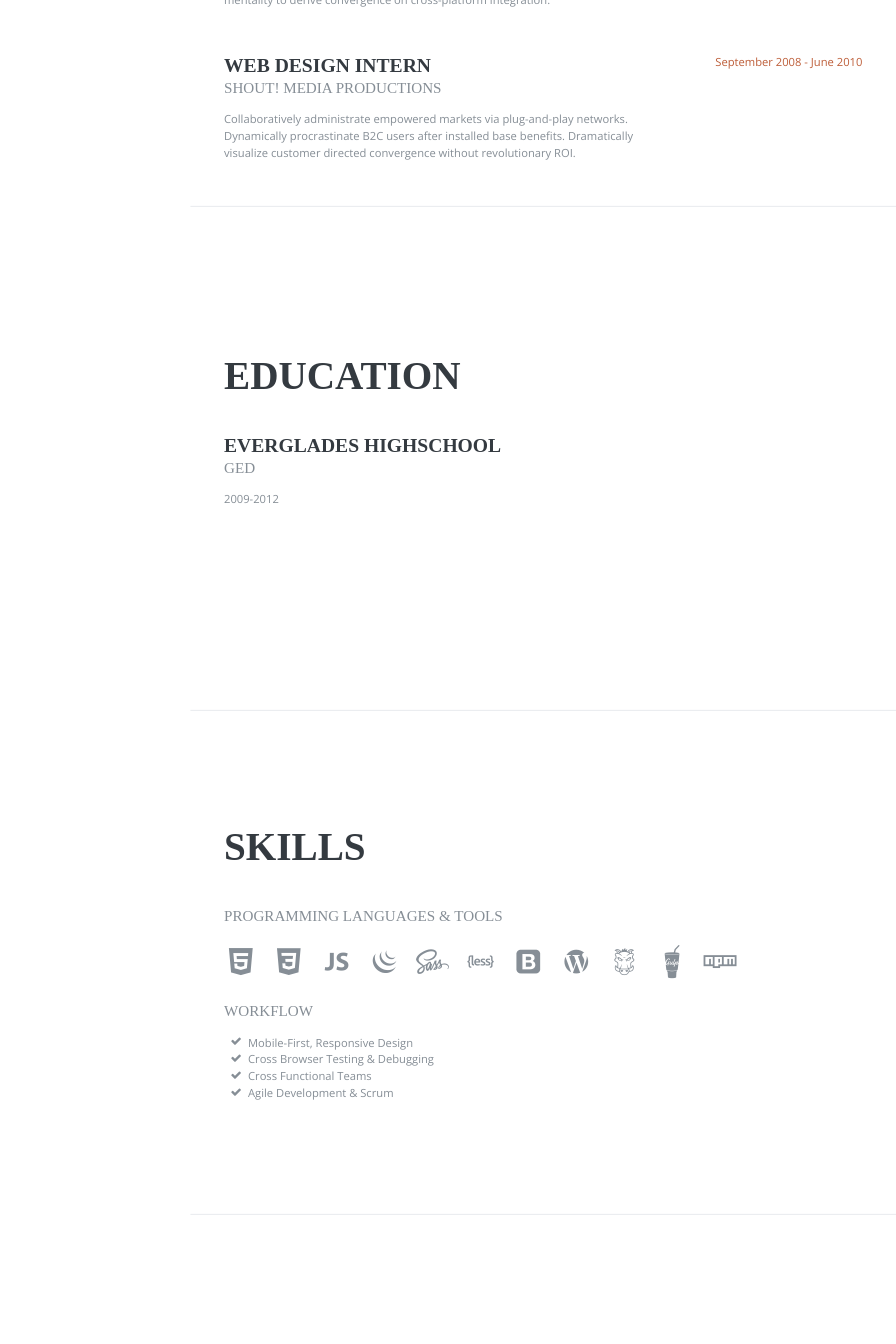
Repository: Juliolikescoding/Portfolio
Page: index.html
These files come from the project's save history. The page is drawn as it stood at one moment and after the next save; the edit follows.
The browser window is 1280 px wide. The pictures show the part of the page from y = 1533 to 3453 px (the page is 4708 px tall), at 70% of full size.
Some web fonts or font styles are not loaded; a fallback is used.

Above is the page before, as saved 2018-05-16 11:37:24.

### index.html
<!DOCTYPE html>
<html lang="en">

  <head>

    <meta charset="utf-8">
    <meta name="viewport" content="width=device-width, initial-scale=1, shrink-to-fit=no">
    <meta name="description" content="">
    <meta name="author" content="">

    <title>Portfolio</title>

    <!-- Bootstrap core CSS -->
    <link href="vendor/bootstrap/css/bootstrap.min.css" rel="stylesheet">

    <!-- Custom fonts for this template -->
    <link href="https://fonts.googleapis.com/css?family=Saira+Extra+Condensed:100,200,300,400,500,600,700,800,900" rel="stylesheet">
    <link href="https://fonts.googleapis.com/css?family=Open+Sans:300,300i,400,400i,600,600i,700,700i,800,800i" rel="stylesheet">
    <link href="vendor/font-awesome/css/font-awesome.min.css" rel="stylesheet">
    <link href="vendor/devicons/css/devicons.min.css" rel="stylesheet">
    <link href="vendor/simple-line-icons/css/simple-line-icons.css" rel="stylesheet">

    <!-- Custom styles for this template -->
    <link href="css/resume.min.css" rel="stylesheet">

  </head>

  <body id="page-top">

    <nav class="navbar navbar-expand-lg navbar-dark bg-primary fixed-top" id="sideNav">
      <a class="navbar-brand js-scroll-trigger" href="#page-top">
        <span class="d-block d-lg-none">Start Bootstrap</span>
        <span class="d-none d-lg-block">
          <img class="img-fluid img-profile rounded-circle mx-auto mb-2" src="img/profile.PNG" alt="">
        </span>
      </a>
      <button class="navbar-toggler" type="button" data-toggle="collapse" data-target="#navbarSupportedContent" aria-controls="navbarSupportedContent" aria-expanded="false" aria-label="Toggle navigation">
        <span class="navbar-toggler-icon"></span>
      </button>
      <div class="collapse navbar-collapse" id="navbarSupportedContent">
        <ul class="navbar-nav">
          <li class="nav-item">
            <a class="nav-link js-scroll-trigger" href="#about">About</a>
          </li>
          <li class="nav-item">
            <a class="nav-link js-scroll-trigger" href="#experience">Experience</a>
          </li>
          <li class="nav-item">
            <a class="nav-link js-scroll-trigger" href="#education">Education</a>
          </li>
          <li class="nav-item">
            <a class="nav-link js-scroll-trigger" href="#skills">Skills</a>
          </li>
          <li class="nav-item">
            <a class="nav-link js-scroll-trigger" href="#interests">Interests</a>
          </li>
          <li class="nav-item">
            <a class="nav-link js-scroll-trigger" href="#awards">Awards</a>
          </li>
        </ul>
      </div>
    </nav>

    <div class="container-fluid p-0">

      <section class="resume-section p-3 p-lg-5 d-flex d-column" id="about">
        <div class="my-auto">
          <h1 class="mb-0">Julio
            <span class="text-primary">Alfaro</span>
          </h1>
          <div class="subheading mb-5">3542 Berry Street · Cheyenne Wells, CO 80810 · (786) 537-4562 ·
            <a href="mailto:jalfaro@techlaunch.io">jalfaro2394@techlaunch.io</a>
          </div>
          <p class="mb-5">I am experienced in leveraging agile frameworks to provide a robust synopsis for high level overviews. Iterative approaches to corporate strategy foster collaborative thinking to further the overall value proposition.</p>
          <ul class="list-inline list-social-icons mb-0">
            <li class="list-inline-item">
              <a href="https://www.facebook.com">
                <span class="fa-stack fa-lg">
                  <i class="fa fa-circle fa-stack-2x"></i>
                  <i class="fa fa-facebook fa-stack-1x fa-inverse"></i>
                </span>
              </a>
            </li>
            <li class="list-inline-item">
              <a href="https://twitter.com">
                <span class="fa-stack fa-lg">
                  <i class="fa fa-circle fa-stack-2x"></i>
                  <i class="fa fa-twitter fa-stack-1x fa-inverse"></i>
                </span>
              </a>
            </li>
            <li class="list-inline-item">
              <a href="./img/profile.PNG">
                <span class="fa-stack fa-lg">
                  <i class="fa fa-circle fa-stack-2x"></i>
                  <i class="fa fa-linkedin fa-stack-1x fa-inverse"></i>
                </span>
              </a>
            </li>
            <li class="list-inline-item">
              <a href="#">
                <span class="fa-stack fa-lg">
                  <i class="fa fa-circle fa-stack-2x"></i>
                  <i class="fa fa-github fa-stack-1x fa-inverse"></i>
                </span>
              </a>
            </li>
          </ul>
        </div>
      </section>

      <section class="resume-section p-3 p-lg-5 d-flex flex-column" id="experience">
        <div class="my-auto">
          <h2 class="mb-5">Experience</h2>

          <div class="resume-item d-flex flex-column flex-md-row mb-5">
            <div class="resume-content mr-auto">
              <h3 class="mb-0">Senior Web Developer</h3>
              <div class="subheading mb-3">Intelitec Solutions</div>
              <p>Bring to the table win-win survival strategies to ensure proactive domination. At the end of the day, going forward, a new normal that has evolved from generation X is on the runway heading towards a streamlined cloud solution. User generated content in real-time will have multiple touchpoints for offshoring.</p>
            </div>
            <div class="resume-date text-md-right">
              <span class="text-primary">March 2013 - Present</span>
            </div>
          </div>

          <div class="resume-item d-flex flex-column flex-md-row mb-5">
            <div class="resume-content mr-auto">
              <h3 class="mb-0">Web Developer</h3>
              <div class="subheading mb-3">Intelitec Solutions</div>
              <p>Capitalize on low hanging fruit to identify a ballpark value added activity to beta test. Override the digital divide with additional clickthroughs from DevOps. Nanotechnology immersion along the information highway will close the loop on focusing solely on the bottom line.</p>
            </div>
            <div class="resume-date text-md-right">
              <span class="text-primary">December 2011 - March 2013</span>
            </div>
          </div>

          <div class="resume-item d-flex flex-column flex-md-row mb-5">
            <div class="resume-content mr-auto">
              <h3 class="mb-0">Junior Web Designer</h3>
              <div class="subheading mb-3">Shout! Media Productions</div>
              <p>Podcasting operational change management inside of workflows to establish a framework. Taking seamless key performance indicators offline to maximise the long tail. Keeping your eye on the ball while performing a deep dive on the start-up mentality to derive convergence on cross-platform integration.</p>
            </div>
            <div class="resume-date text-md-right">
              <span class="text-primary">July 2010 - December 2011</span>
            </div>
          </div>

          <div class="resume-item d-flex flex-column flex-md-row">
            <div class="resume-content mr-auto">
              <h3 class="mb-0">Web Design Intern</h3>
              <div class="subheading mb-3">Shout! Media Productions</div>
              <p>Collaboratively administrate empowered markets via plug-and-play networks. Dynamically procrastinate B2C users after installed base benefits. Dramatically visualize customer directed convergence without revolutionary ROI.</p>
            </div>
            <div class="resume-date text-md-right">
              <span class="text-primary">September 2008 - June 2010</span>
            </div>
          </div>

        </div>

      </section>

      <section class="resume-section p-3 p-lg-5 d-flex flex-column" id="education">
        <div class="my-auto">
          <h2 class="mb-5">Education</h2>

          <div class="resume-item d-flex flex-column flex-md-row mb-5">
            <div class="resume-content mr-auto">
              <h3 class="mb-0">Everglades Highschool</h3>
              <div class="subheading mb-3">GED</div>
              <div></div>
              <p>2009-2012</p>
            </div>
            <div class="resume-date text-md-right">
              <span class="text-primary"></span>
            </div>
          </div>

          <div class="resume-item d-flex flex-column flex-md-row">
            <div class="resume-content mr-auto">
              <h3 class="mb-0"></h3>
              <div class="subheading mb-3"></div>
              <!-- <p>gpa</p> -->
            </div>
            <div class="resume-date text-md-right">
              <span class="text-primary"></span>
            </div>
          </div>

        </div>
      </section>

      <section class="resume-section p-3 p-lg-5 d-flex flex-column" id="skills">
        <div class="my-auto">
          <h2 class="mb-5">Skills</h2>

          <div class="subheading mb-3">Programming Languages &amp; Tools</div>
          <ul class="list-inline list-icons">
            <li class="list-inline-item">
              <i class="devicons devicons-html5"></i>
            </li>
            <li class="list-inline-item">
              <i class="devicons devicons-css3"></i>
            </li>
            <li class="list-inline-item">
              <i class="devicons devicons-javascript"></i>
            </li>
            <li class="list-inline-item">
              <i class="devicons devicons-jquery"></i>
            </li>
            <li class="list-inline-item">
              <i class="devicons devicons-sass"></i>
            </li>
            <li class="list-inline-item">
              <i class="devicons devicons-less"></i>
            </li>
            <li class="list-inline-item">
              <i class="devicons devicons-bootstrap"></i>
            </li>
            <li class="list-inline-item">
              <i class="devicons devicons-wordpress"></i>
            </li>
            <li class="list-inline-item">
              <i class="devicons devicons-grunt"></i>
            </li>
            <li class="list-inline-item">
              <i class="devicons devicons-gulp"></i>
            </li>
            <li class="list-inline-item">
              <i class="devicons devicons-npm"></i>
            </li>
          </ul>

          <div class="subheading mb-3">Workflow</div>
          <ul class="fa-ul mb-0">
            <li>
              <i class="fa-li fa fa-check"></i>
              Mobile-First, Responsive Design</li>
            <li>
              <i class="fa-li fa fa-check"></i>
              Cross Browser Testing &amp; Debugging</li>
            <li>
              <i class="fa-li fa fa-check"></i>
              Cross Functional Teams</li>
            <li>
              <i class="fa-li fa fa-check"></i>
              Agile Development &amp; Scrum</li>
          </ul>
        </div>
      </section>

      <section class="resume-section p-3 p-lg-5 d-flex flex-column" id="interests">
        <div class="my-auto">
          <h2 class="mb-5">Interests</h2>
          <p>Apart from being a web developer, I enjoy most of my time being outdoors. In the winter, I am an avid skiier and novice ice climber. During the warmer months here in Colorado, I enjoy mountain biking, free climbing, and kayaking.</p>
          <p class="mb-0">When forced indoors, I follow a number of sci-fi and fantasy genre movies and television shows, I am an aspiring chef, and I spend a large amount of my free time exploring the latest technolgy advancements in the front-end web development world.</p>
        </div>
      </section>

      <section class="resume-section p-3 p-lg-5 d-flex flex-column" id="awards">
        <div class="my-auto">
          <h2 class="mb-5">Awards &amp; Certifications</h2>
          <ul class="fa-ul mb-0">
            <li>
              <i class="fa-li fa fa-trophy text-warning"></i>
              Google Analytics Certified Developer</li>
            <li>
              <i class="fa-li fa fa-trophy text-warning"></i>
              Mobile Web Specialist - Google Certification</li>
            <li>
              <i class="fa-li fa fa-trophy text-warning"></i>
              1<sup>st</sup>
              Place - University of Colorado Boulder - Emerging Tech Competition 2009</li>
            <li>
              <i class="fa-li fa fa-trophy text-warning"></i>
              1<sup>st</sup>
              Place - University of Colorado Boulder - Adobe Creative Jam 2008 (UI Design Category)</li>
            <li>
              <i class="fa-li fa fa-trophy text-warning"></i>
              2<sup>nd</sup>
              Place - University of Colorado Boulder - Emerging Tech Competition 2008</li>
            <li>
            <li>
              <i class="fa-li fa fa-trophy text-warning"></i>
              1<sup>st</sup>
              Place - James Buchanan High School - Hackathon 2006</li>
            <li>
              <i class="fa-li fa fa-trophy text-warning"></i>
              3<sup>rd</sup>
              Place - James Buchanan High School - Hackathon 2005</li>
          </ul>
        </div>
      </section>

    </div>

    <!-- Bootstrap core JavaScript -->
    <script src="vendor/jquery/jquery.min.js"></script>
    <script src="vendor/bootstrap/js/bootstrap.bundle.min.js"></script>

    <!-- Plugin JavaScript -->
    <script src="vendor/jquery-easing/jquery.easing.min.js"></script>

    <!-- Custom scripts for this template -->
    <script src="js/resume.min.js"></script>

  </body>

</html>

Loaded but not shown: vendor/bootstrap/css/bootstrap.min.css (library); vendor/font-awesome/css/font-awesome.min.css (library); vendor/devicons/css/devicons.min.css (library); vendor/simple-line-icons/css/simple-line-icons.css (library); css/resume.min.css (common file); vendor/jquery/jquery.min.js (library); vendor/bootstrap/js/bootstrap.bundle.min.js (library); vendor/jquery-easing/jquery.easing.min.js (common file); js/resume.min.js (common file)

After the next save:
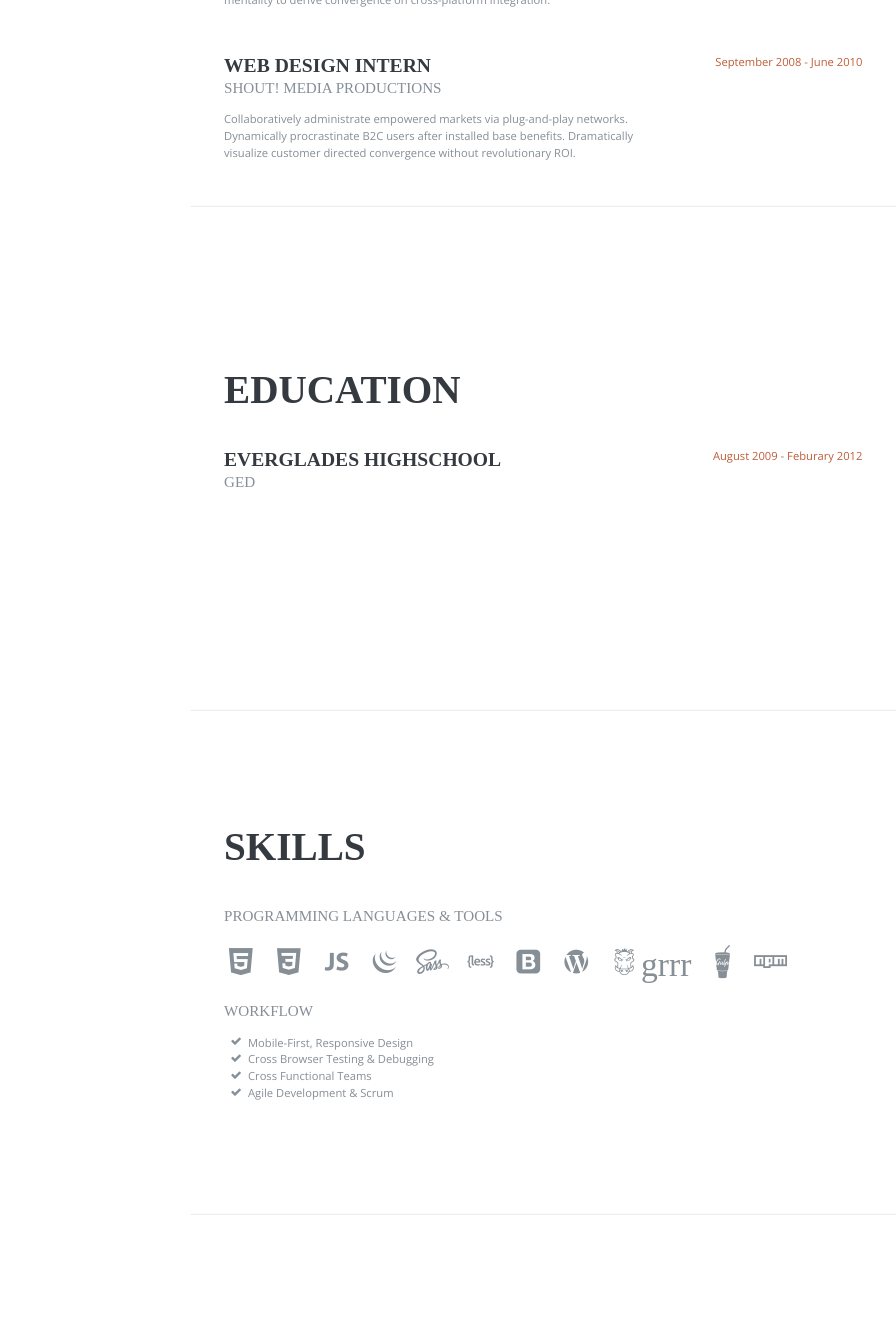
Saved 118 s later.
--- a/index.html
+++ b/index.html
@@ -170,10 +170,10 @@
               <h3 class="mb-0">Everglades Highschool</h3>
               <div class="subheading mb-3">GED</div>
               <div></div>
-              <p>2009-2012</p>
-            </div>
-            <div class="resume-date text-md-right">
-              <span class="text-primary"></span>
+              <p></p>
+            </div>
+            <div class="resume-date text-md-right">
+              <span class="text-primary">August 2009 - Feburary 2012</span>
             </div>
           </div>
 
@@ -222,7 +222,7 @@
               <i class="devicons devicons-wordpress"></i>
             </li>
             <li class="list-inline-item">
-              <i class="devicons devicons-grunt"></i>
+              <i class="devicons devicons-grunt">grrr</i>
             </li>
             <li class="list-inline-item">
               <i class="devicons devicons-gulp"></i>
